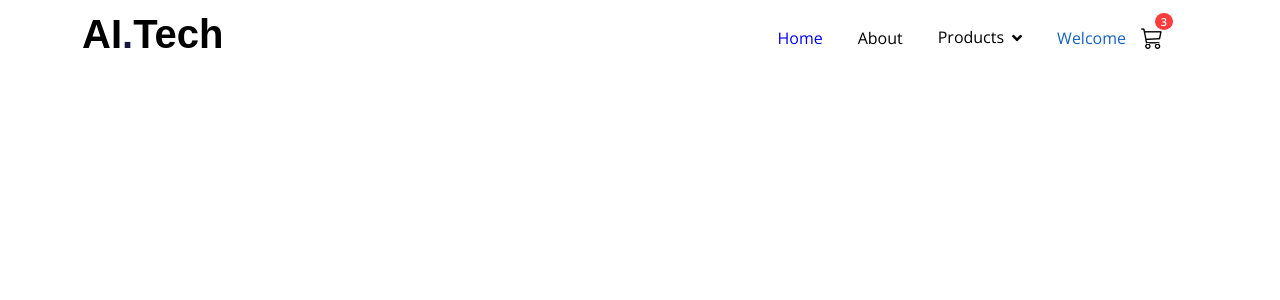
Repository: vardanchetnani7-oss/Advance_Java
Page: http://localhost/Project/customer-header.jsp
An editor plug-in stored every save of this project. The page is shown before and after the next save, followed by the edit.
The browser window is 1280 px wide. The pictures show the whole page.
Some web fonts or font styles are not loaded; a fallback is used. Some web libraries are served in a nearby version. The page is served by Tomcat 10.

Above is the page before, as saved 2026-06-19 05:57:51.

After the next save:
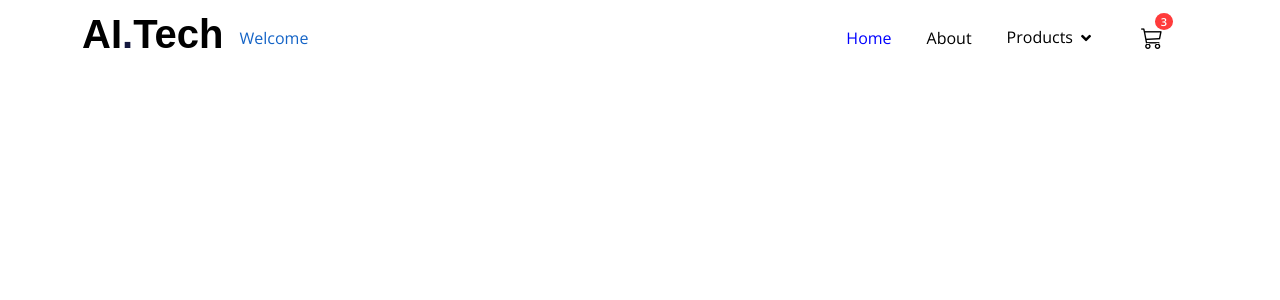
Saved 63 s later.
--- a/Project/src/main/webapp/customer-header.jsp
+++ b/Project/src/main/webapp/customer-header.jsp
@@ -76,6 +76,12 @@
                     <span class="navbar-toggler-icon"></span>
                 </button>
                 <div class="collapse navbar-collapse" id="navbarCollapse">
+
+
+                <div class="nav-item dropdown">
+                            <a href="#">Welcome</a>
+                        </div>
+
                     <div class="navbar-nav ms-auto align-items-center">
                         <a href="index.jsp" class="nav-item nav-link active">Home</a>
                         <a href="about.jsp" class="nav-item nav-link">About</a>
@@ -88,9 +94,6 @@
                             </div>
                         </div>
 
-                        <div class="nav-item dropdown">
-                            <a href="#">Welcome</a>
-                        </div>
 
                         <a href="cart.jsp" class="nav-item nav-link cart-icon-wrapper">
                             <i class="bi bi-cart3"></i>

After the save that followed:
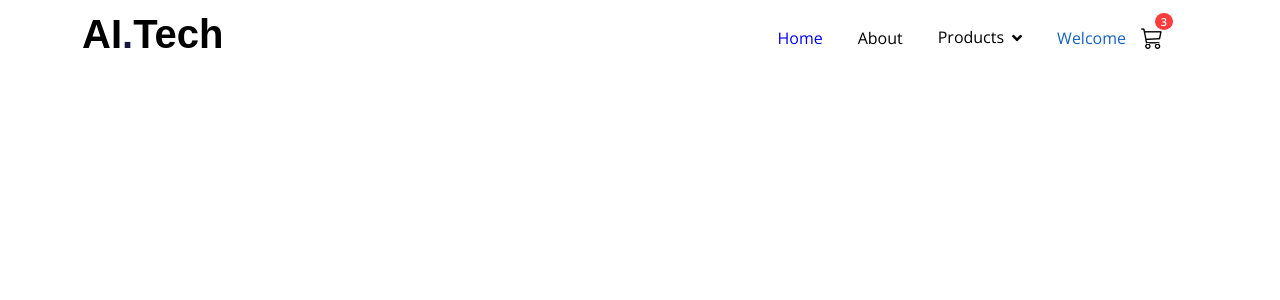
Saved 16 s later.
--- a/Project/src/main/webapp/customer-header.jsp
+++ b/Project/src/main/webapp/customer-header.jsp
@@ -76,12 +76,6 @@
                     <span class="navbar-toggler-icon"></span>
                 </button>
                 <div class="collapse navbar-collapse" id="navbarCollapse">
-
-
-                <div class="nav-item dropdown">
-                            <a href="#">Welcome</a>
-                        </div>
-
                     <div class="navbar-nav ms-auto align-items-center">
                         <a href="index.jsp" class="nav-item nav-link active">Home</a>
                         <a href="about.jsp" class="nav-item nav-link">About</a>
@@ -94,6 +88,9 @@
                             </div>
                         </div>
 
+                        <div class="nav-item dropdown">
+                            <a href="#">Welcome</a>
+                        </div>
 
                         <a href="cart.jsp" class="nav-item nav-link cart-icon-wrapper">
                             <i class="bi bi-cart3"></i>
